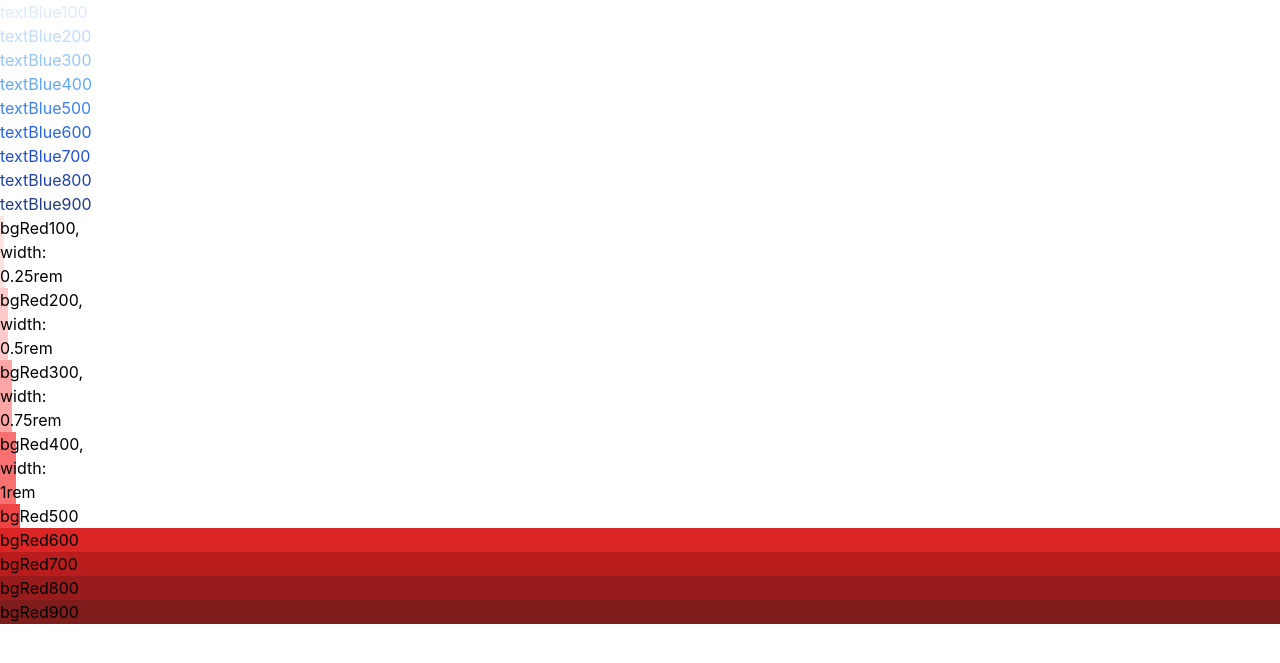
Repository: wogml3270/react-test-server
Page: /
The author's editor kept a copy of each file at every save. The page is drawn from the files as they stood at one save, then again after the next save.
The browser window is 1280 px wide. The pictures show the whole page.
The project was rebuilt for these pictures with package versions that can differ from the ones it lists, and the page was loaded fresh each time. Also part of the build but not shown: src/App.css.

Above is the page before, as saved 2022-08-04 20:26:00.

After the next save:
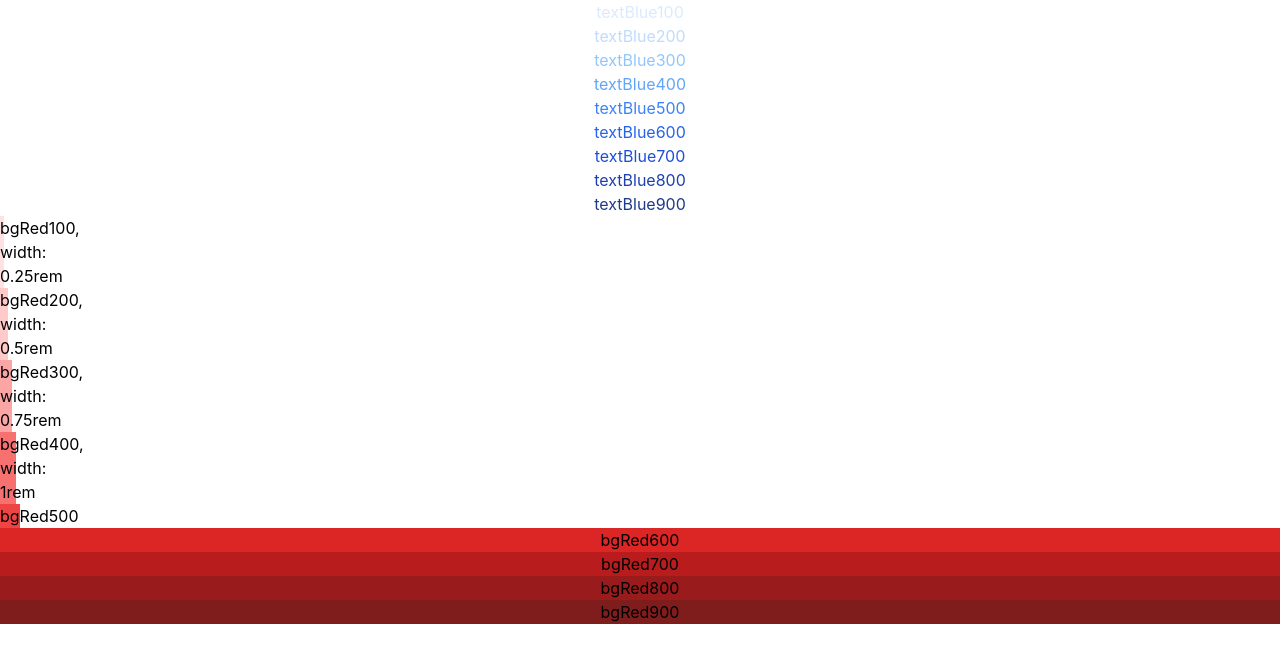
Saved 6 s later.
--- a/src/App.js
+++ b/src/App.js
@@ -4,7 +4,7 @@ import './App.css';
 function App() {
   return (
     <>
-      <div className="tx-center">
+      <div className="text-center">
         <h1 className="text-blue-100">textBlue100</h1>
         <h1 className="text-blue-200">textBlue200</h1>
         <h1 className="text-blue-300">textBlue300</h1>
